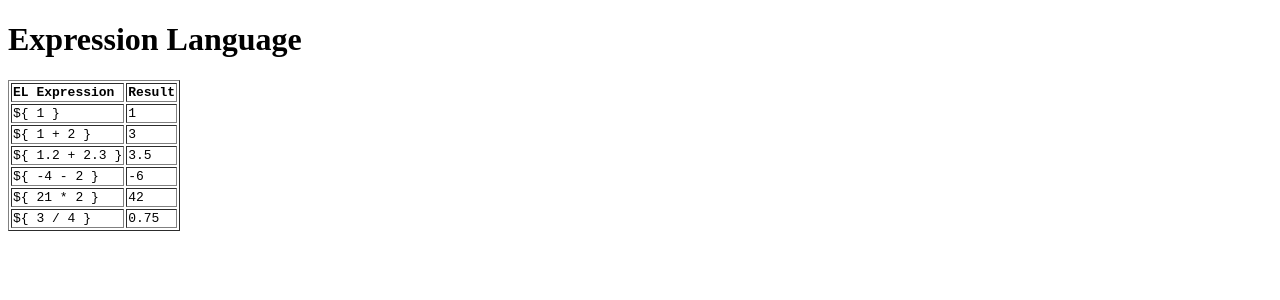
Repository: leedh909/Academy-web-
Page: http://localhost/Jsp07_EL_JSTL/basic-arithmetic.jsp
The author's editor kept a copy of each file at every save. The page is drawn from the files as they stood at one save, then again after the next save.
The browser window is 1280 px wide. The pictures show the whole page.
The page is served by Tomcat 9.

Above is the page before, as saved 2020-07-06 01:04:21.

After the next save:
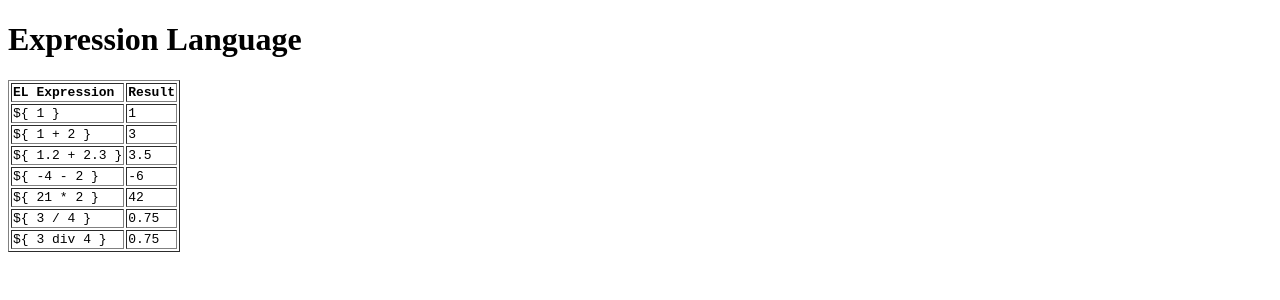
Saved 42 s later.
--- a/실습자료/eclipse-servlet/Jsp07_EL_JSTL/WebContent/basic-arithmetic.jsp
+++ b/실습자료/eclipse-servlet/Jsp07_EL_JSTL/WebContent/basic-arithmetic.jsp
@@ -42,6 +42,10 @@
 		  	<td>\${ 3 / 4 }</td>
 		  	<td>${ 3 / 4 }</td>
 		  </tr>
+		  <tr>
+		  	<td>\${ 3 div 4 }</td>
+		  	<td>${ 3 div 4 }</td>
+		  </tr>
 		</table>
 	</code>
 </body>
